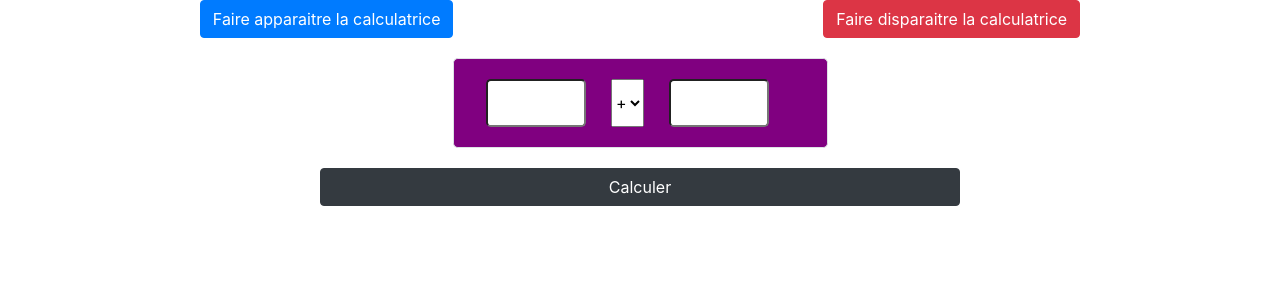
Repository: julieLyM/calculatrice
Page: calculatrice.html
The author's editor kept a copy of each file at every save. The page is drawn from the files as they stood at one save, then again after the next save.
The browser window is 1280 px wide. The pictures show the whole page.

Above is the page before, as saved 2020-12-08 15:32:07.

### calculatrice.html
<!DOCTYPE html>
<html lang="fr">
  <head>
    <meta charset="UTF-8">
    <meta name="viewport" content="width=device-width, initial-scale=1.0">
		<link rel="stylesheet" href="https://cdn.jsdelivr.net/npm/bootstrap@4.5.3/dist/css/bootstrap.min.css" integrity="sha384-TX8t27EcRE3e/ihU7zmQxVncDAy5uIKz4rEkgIXeMed4M0jlfIDPvg6uqKI2xXr2" crossorigin="anonymous">

    <title>exercice calculatrice</title>
  </head>
  <body>
    <div class="container-fluid">
        <div class="row justify-content-around" style="margin: 0 auto; text-align:center">
          <button class="btn btn-primary" id="appear">
            Faire apparaitre la calculatrice
          </button>
          <button class="btn btn-danger" id="disapear">
            Faire disparaitre la calculatrice
          </button>
        </div>
        <div class="row justify-content-around border rounded-lg" id="blocCal"  style="padding: 20px;margin: 20px auto; text-align:center; width: 30%;background-color: purple">
          <input type="text" class="rounded-lg"  id="nombre1" style="width: 100px;">
          <select name="calcul" id="operateur">
            <option>+</option>
            <option>-</option>
            <option>*</option>
            <option>/</option>
          </select>
          <input type="text" class="rounded-lg"  id="nombre2" style="width: 100px;">
          <br>
          <br>
        </div>
        <div class="row justify-content-center" style="margin-top: 20px">
          <button type="button" class="btn btn-dark w-50" id="calculer">Calculer</button>
        </div>
        <br>
        <div class="row justify-content-center">
          <div id="message"></div>
        </div>
      </div>
    <!--APPEL JQUERY-->
		<script src="https://code.jquery.com/jquery-3.5.1.min.js" integrity="sha256-9/aliU8dGd2tb6OSsuzixeV4y/faTqgFtohetphbbj0=" crossorigin="anonymous"></script>
		<script src="https://cdn.jsdelivr.net/npm/bootstrap@4.5.3/dist/js/bootstrap.bundle.min.js" integrity="sha384-ho+j7jyWK8fNQe+A12Hb8AhRq26LrZ/JpcUGGOn+Y7RsweNrtN/tE3MoK7ZeZDyx" crossorigin="anonymous"></script>
    <!--NOTRE CODE JS-->
    <script src="calculatrice.js"></script>
  </body>
</html>

### calculatrice.js
//Etapes :
// --------
// - faire une page html
// - créer deux input type text avec deux id différent pour la saisie des valeurs
// - créer un select avec un id pour proposer les différents opérateurs. (+-*/    ** %)
// - créer un bouton avec un id pour lancer le calcul (button, span)

// Avec js :
// ---------
// - lors du click  sur le bouton (evenement) :
// - récupérer les deux saisies des champs text et l'opérateur selectionné

// - il peut être important de passer les saisies dans un parseFloat() pour les transformer en type number
// - declencher le calcul des saisies selon  l'opérateur avec un if qui va tester l'opérateur pour déclencher l'opération.
// - afficher l'opération avec le résultat.

// Pour aller plus loin :
// ----------------------
// - essayer de donner la possibilité de faire apparaitre ou disparaitre la calculatrice

$(document).ready(function () {
  $('#appear').on('click', function () {
    $('#blocCal').slideDown(1000);
  });

  // Cacher la  calculatrice :
  $('#disapear').on('click', function () {
    $('#blocCal').slideUp(1000);
  });

  $('#calculer').on('click', function () {
    var value1 = $('#nombre1').val();
    var signe = $('#operateur').val();
    var value2 = $('#nombre2').val();

    value1 = parseFloat(value1);
    value2 = parseFloat(value2);
    var resultat = '';

    if (signe == '+') {
      resultat = $('#message').html(
        '<div style="background-color: pink;color: yellow; text-align: center;font-size:26px; padding:20px">Résultat addition: ' +
          value1 +
          signe +
          value2 +
          ' = ' +
          (value1 + value2) +
          '</div>'
      );
    } else if (signe == '-') {
      resultat = resultat = $('#message').html(
        '<div style="background-color: pink;color: blue; text-align: center;font-size:26px; padding:20px">Résultat soustration: ' +
          value1 +
          signe +
          value2 +
          ' = ' +
          (value1 - value2) +
          '</div>'
      );
    } else if (signe == '*') {
      resultat = resultat = $('#message').html(
        '<div style="background-color: pink;color: purple; text-align: center;font-size:26px; padding:20px">Résultat multiplication: ' +
          value1 +
          signe +
          value2 +
          ' = ' +
          value1 * value2 +
          '</div>'
      );
    } else if (signe == '/') {
      resultat = resultat = $('#message').html(
        '<div style="background-color: pink;color: green; text-align: center;font-size:26px; padding:20px">Résultat division: ' +
          value1 +
          signe +
          value2 +
          ' = ' +
          value1 / value2 +
          '</div>'
      );
    }
  });

  $('#nombre1, #nombre2').on('mouseover', function () {
    $('#message').html(
      `<div style="background-color: pink;color: red; padding:20px">Saisir un chiffre</div>`
    );
  });

  $('#nombre1, #nombre2').on('mouseout', function () {
    $('#message').html('');
  });

  $('#operateur').on('mouseover', function () {
    $('#message').html(
      `<div style="background-color: pink;color: red; padding:20px">Saisir un opérateur + - / *</div>`
    );
  });
  $('#operateur').on('mouseout', function () {
    $('#message').html('');
  });
});

After the next save:
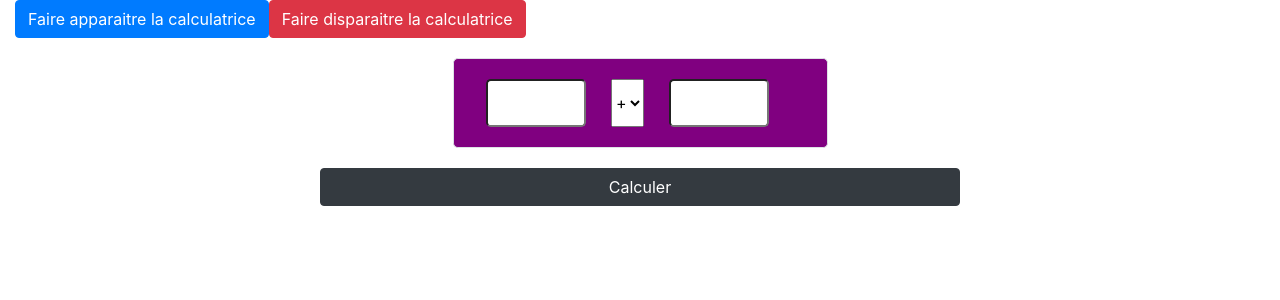
Saved 9 s later.
--- a/calculatrice.html
+++ b/calculatrice.html
@@ -9,7 +9,7 @@
   </head>
   <body>
     <div class="container-fluid">
-        <div class="row justify-content-around" style="margin: 0 auto; text-align:center">
+        <div class="row justify-content-aroucnd" style="margin: 0 auto; text-align:center">
           <button class="btn btn-primary" id="appear">
             Faire apparaitre la calculatrice
           </button>
